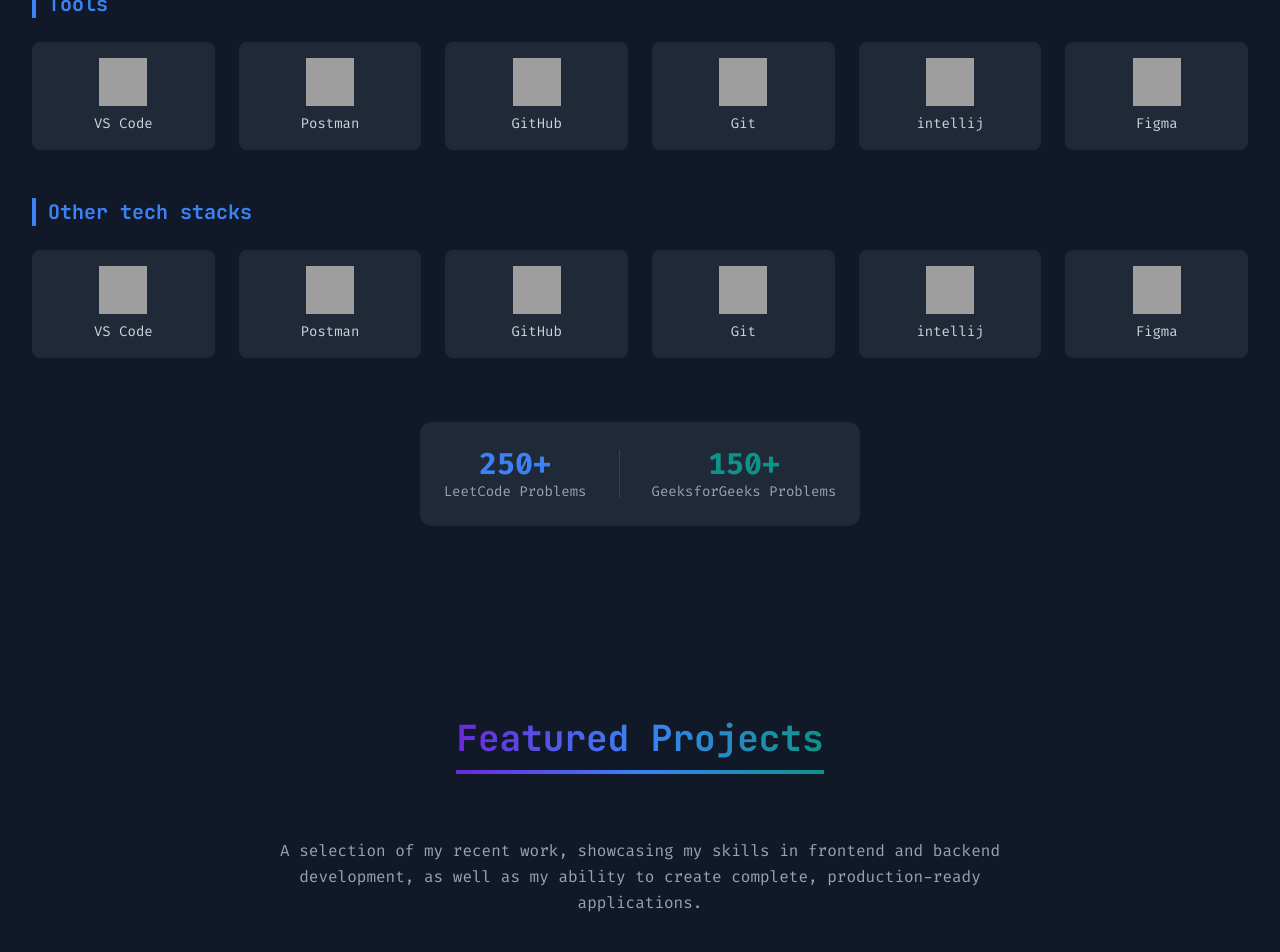
Repository: Saquib45/portfolio
Page: /
These files come from the project's save history. The page is drawn as it stood at one moment and after the next save; the edit follows.
The browser window is 1280 px wide. The pictures show the part of the page from y = 1712 to 2664 px (the page is 7556 px tall before and 7448 px after).
Pictures or frames that could not be fetched are drawn as grey boxes. The project was rebuilt for these pictures with package versions that can differ from the ones it lists, and the page was loaded fresh each time. Also part of the build but not shown: vite.config.ts.

Above is the page before, as saved 2025-04-23 20:28:06.

After the next save:
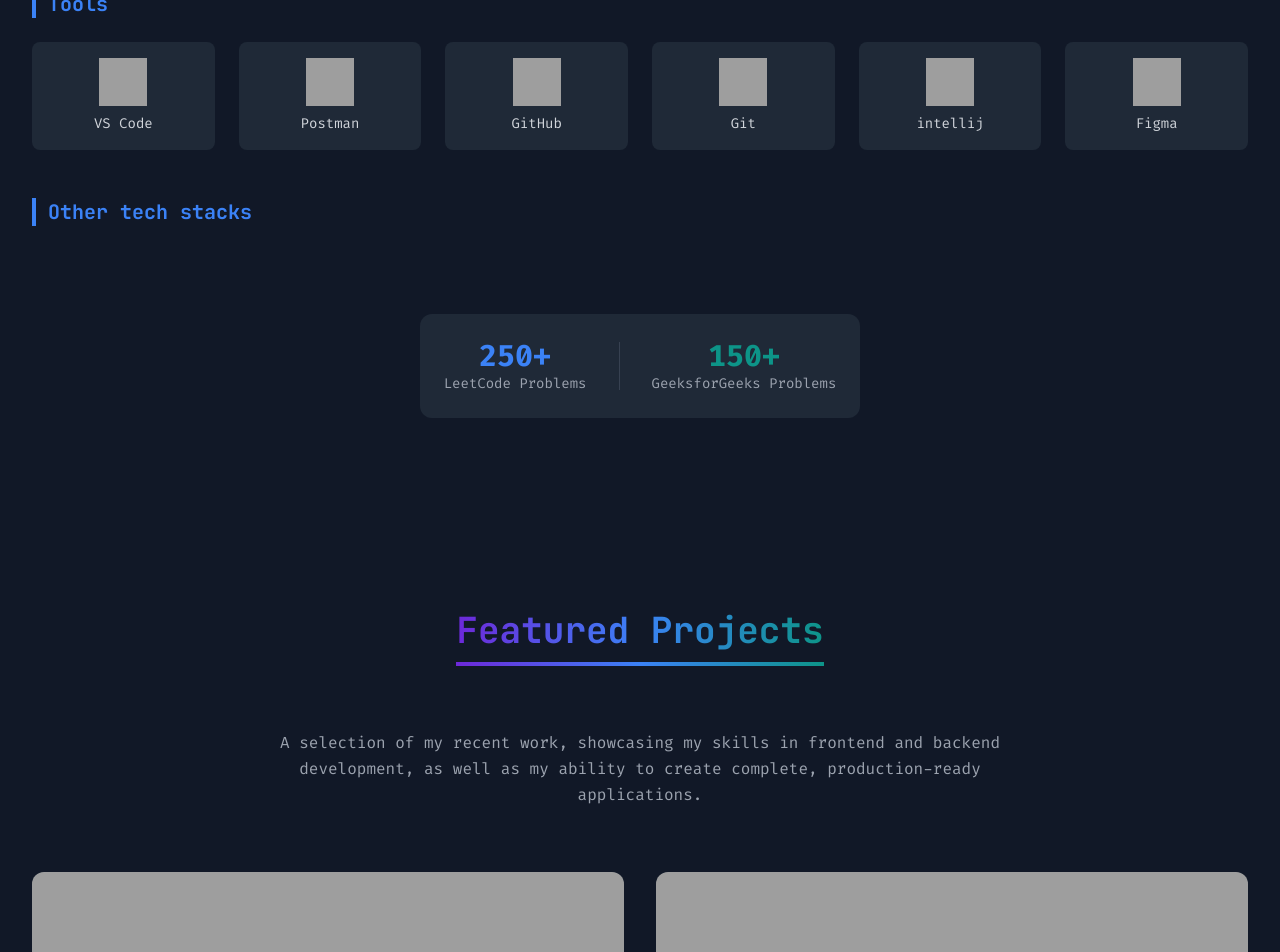
Saved 19 s later.
--- a/src/components/Skills.tsx
+++ b/src/components/Skills.tsx
@@ -65,7 +65,7 @@ const Skills: React.FC = () => {
     { id: 'backend', name: 'Backend' },
     { id: 'database', name: 'Database' },
     { id: 'tools', name: 'Tools ' },
-    { id: 'tools', name: 'Other tech stacks ' },
+    { id: 'other', name: 'Other tech stacks ' },
 
   ];
 
